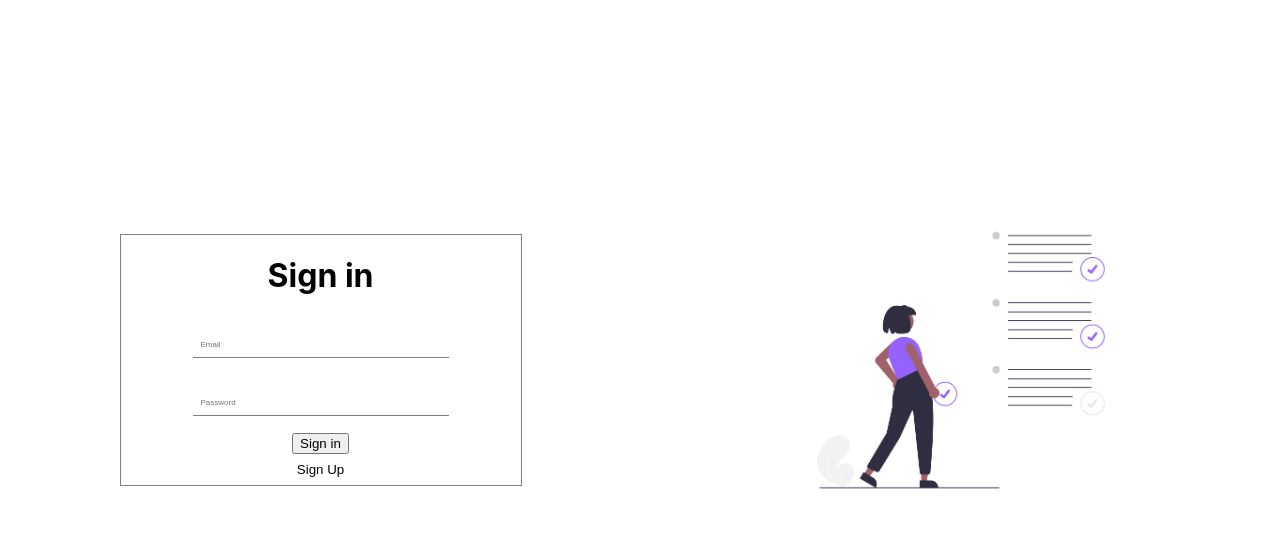
Repository: EEOOOO/wanted-pre-onboarding-fe
Page: / (app in to-do-list-app/)
These files come from the project's save history. The page is drawn as it stood at one moment and after the next save; the edit follows.
The browser window is 1280 px wide. The pictures show the whole page.
The project was rebuilt for these pictures with package versions that can differ from the ones it lists, and the page was loaded fresh each time. Also part of the build but not shown: to-do-list-app/src/components/sign_up/sign_up.module.css, to-do-list-app/src/components/sign_up/sign_up.jsx, to-do-list-app/src/components/todoList/todo_list.jsx.

Above is the page before, as saved 2022-08-22 00:10:02.

After the next save:
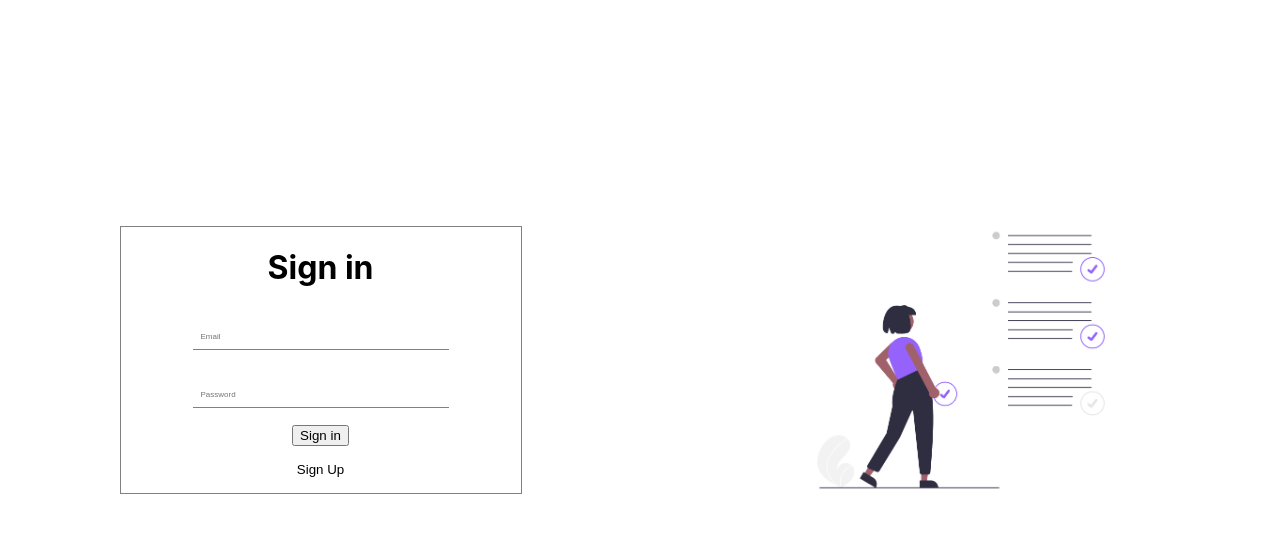
Saved 4 s later.
--- a/to-do-list-app/src/components/sign_in/sign_in.module.css
+++ b/to-do-list-app/src/components/sign_in/sign_in.module.css
@@ -1,5 +1,5 @@
 .signUp {
   background-color: transparent;
   border: none;
-  padding: 0.5rem;
+  padding: 1rem;
 }
